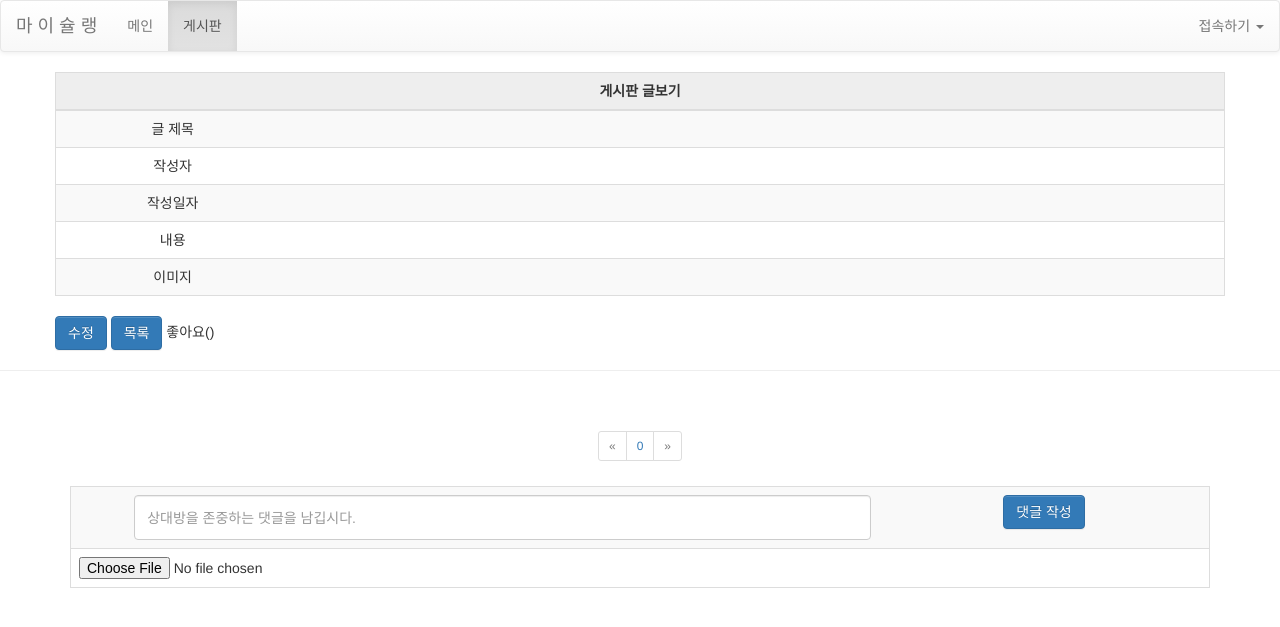
Repository: serendipity63/mychelin
Page: http://localhost/board/WEB-INF/views/detailform.jsp
The author's editor kept a copy of each file at every save. The page is drawn from the files as they stood at one save, then again after the next save.
The browser window is 1280 px wide. The pictures show the whole page.
Some web libraries are served in a nearby version. The page is served by Tomcat 9. Nobody is signed in. The template is opened directly, without the code that normally fills it, so the values that code supplies are empty.

Above is the page before, as saved 2024-01-12 02:57:47.
Console error (its wording comes from the project's code and is left out).

After the next save:
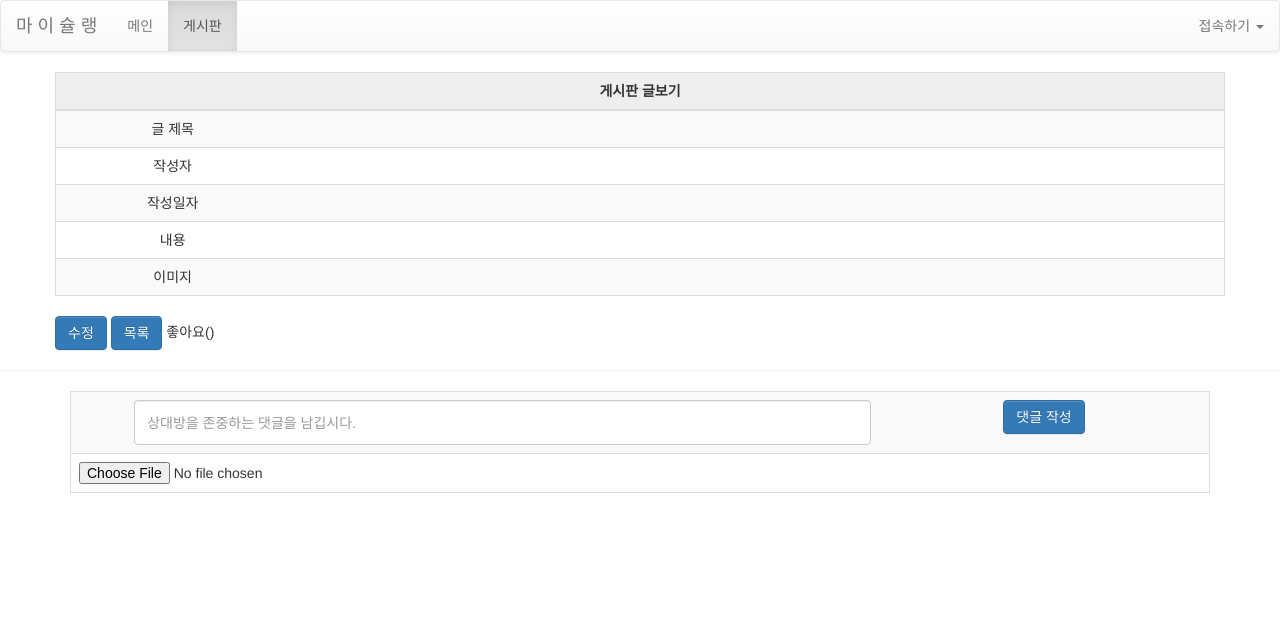
Saved 2 min 50 s later.
--- a/board/src/main/webapp/WEB-INF/views/detailform.jsp
+++ b/board/src/main/webapp/WEB-INF/views/detailform.jsp
@@ -193,7 +193,7 @@
 	<hr />
 
 
-	<div class="container">
+<%-- 	<div class="container">
 		<table class="table table-striped"
 			style="text-align: center; border: 1px solid #dddddd">
 			<thead>
@@ -275,7 +275,7 @@
 				</c:choose>
 			</ul>
 		</nav>
-	</div>
+	</div> --%>
 
 
 	<div class="container">
